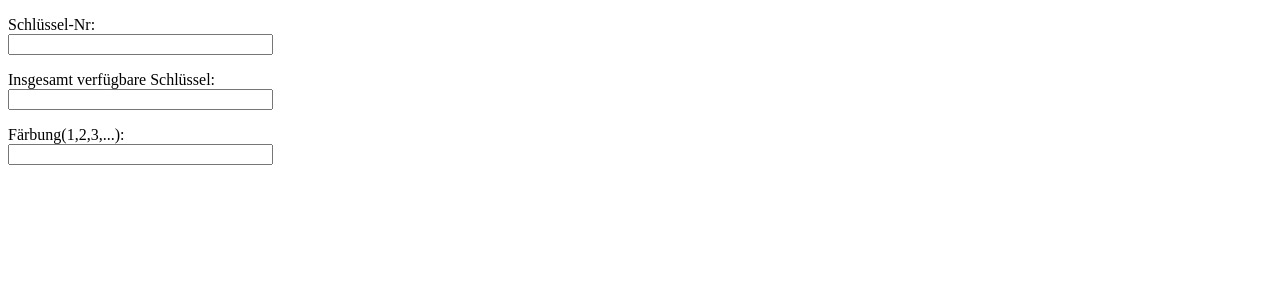
Repository: artem-koch/key-manager
Page: workspace/key-manager/website/datenpflege/schluesselErstellen.html
The author's editor kept a copy of each file at every save. The page is drawn from the files as they stood at one save, then again after the next save.
The browser window is 1280 px wide. The pictures show the whole page.

Above is the page before, as saved 2015-05-08 07:27:30.

### workspace/key-manager/website/datenpflege/schluesselErstellen.html
<!DOCTYPE html>
<html>
<head>
<meta charset="ISO-8859-1">
<title>Insert title here</title>
</head>
<body>
<form action="schluesselErstellen.php">
 <p>Schlüssel-Nr:<br><input name="schluesselNr" type="text" size="30" maxlength="30"></p>
 <p>Insgesamt verfügbare Schlüssel:<br><input name="bestand" type="text" size="30" maxlength="30"></p>
 <p>Färbung(1,2,3,...):<br><input name="faerbung" type="text" size="30" maxlength="30"></p>
</form>
</body>
</html>

After the next save:
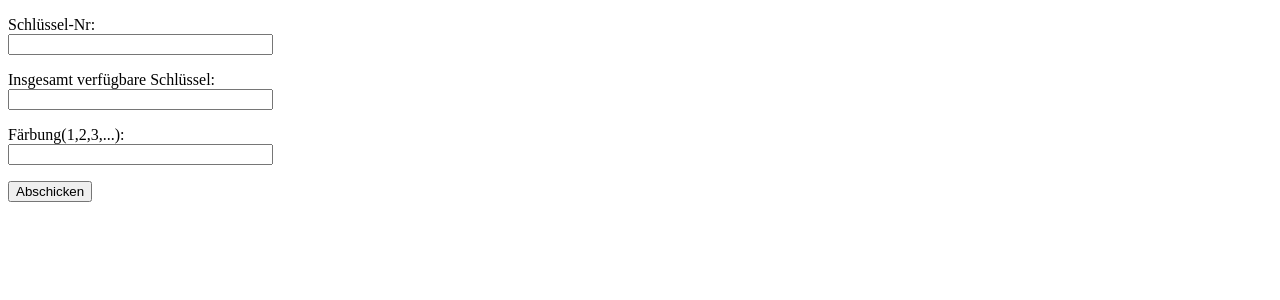
Saved 84 s later.
--- a/workspace/key-manager/website/datenpflege/schluesselErstellen.html
+++ b/workspace/key-manager/website/datenpflege/schluesselErstellen.html
@@ -9,6 +9,7 @@
  <p>Schlüssel-Nr:<br><input name="schluesselNr" type="text" size="30" maxlength="30"></p>
  <p>Insgesamt verfügbare Schlüssel:<br><input name="bestand" type="text" size="30" maxlength="30"></p>
  <p>Färbung(1,2,3,...):<br><input name="faerbung" type="text" size="30" maxlength="30"></p>
+ <input type="submit" value="Abschicken">
 </form>
 </body>
 </html>
